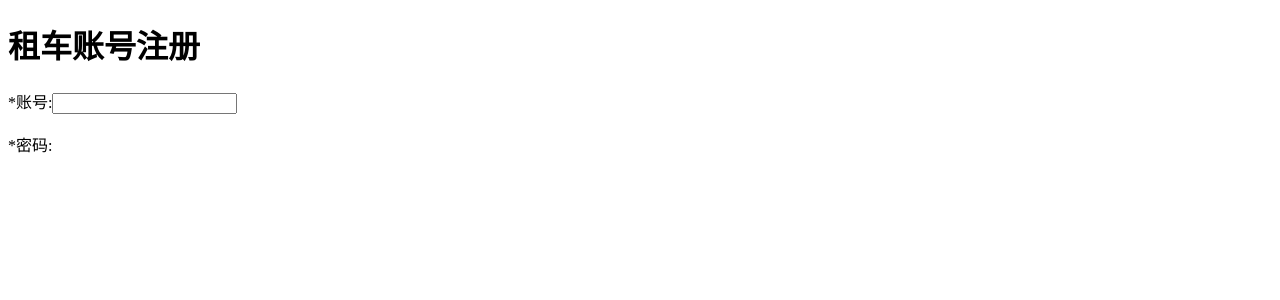
Repository: JasonYan2015/FE-learning-examples
Page: http://localhost/test20160729/register.jsp
These files come from the project's save history. The page is drawn as it stood at one moment and after the next save; the edit follows.
The browser window is 1280 px wide. The pictures show the whole page.
The page is served by Tomcat 9.

Above is the page before, as saved 2016-07-29 03:42:29.

After the next save:
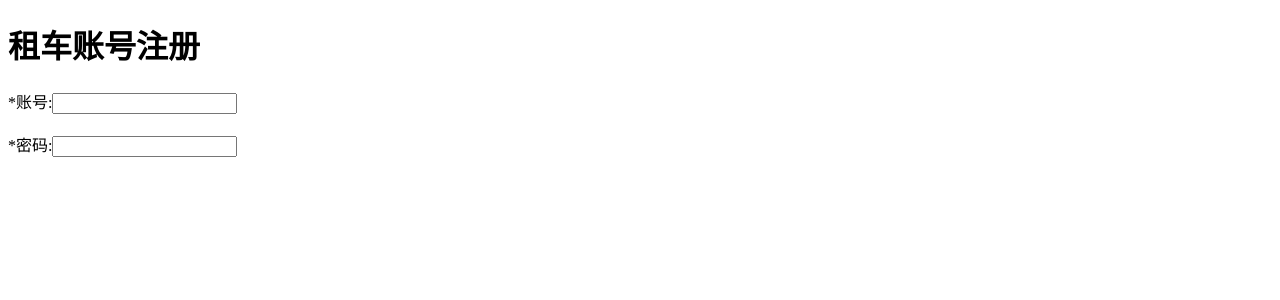
Saved 62 s later.
--- a/eclipse/test20160729/WebContent/register.jsp
+++ b/eclipse/test20160729/WebContent/register.jsp
@@ -9,6 +9,6 @@
 <body>
 	<h1>租车账号注册</h1>
 	*账号:<input type="text" name="id"><br><br>
-	*密码:
+	*密码:<input >
 </body>
 </html>
